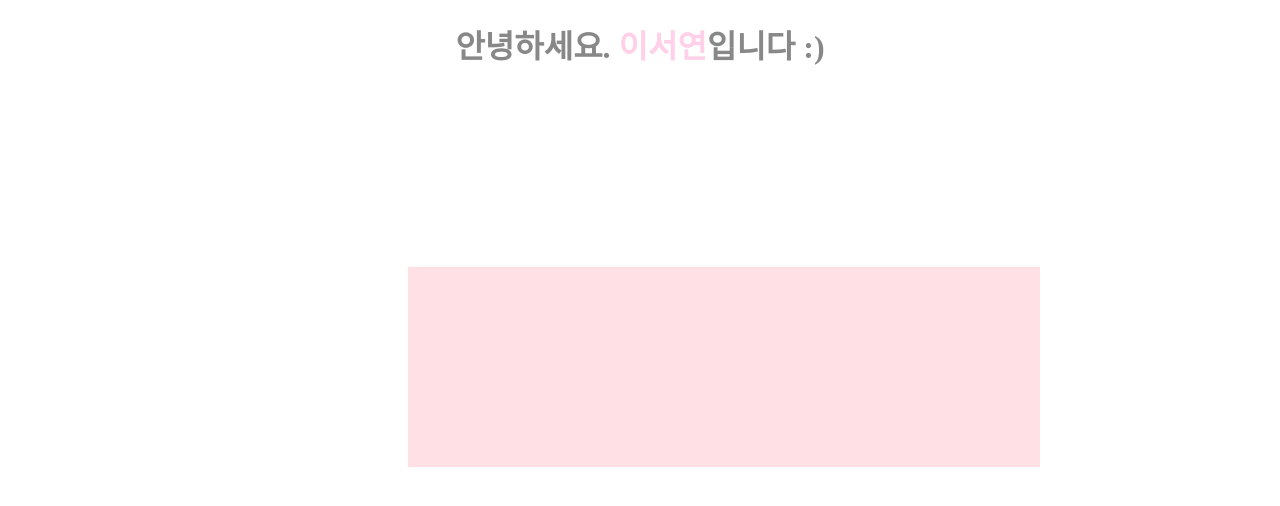
Repository: seoyeon0619/WebProgramming
Page: http://localhost/myhome1/자기소개.jsp
The author's editor kept a copy of each file at every save. The page is drawn from the files as they stood at one save, then again after the next save.
The browser window is 1280 px wide. The pictures show the whole page.
Some web fonts or font styles are not loaded; a fallback is used. The page is served by Tomcat 9.

Above is the page before, as saved 2022-12-29 08:34:44.

### workspace1/myhome1/src/main/webapp/자기소개.jsp
<%@ page language="java" contentType="text/html; charset=UTF-8"
    pageEncoding="UTF-8"%>
<!DOCTYPE html>
<html>
<head>
<meta charset="UTF-8">
<title>Insert title here</title>
<link rel="preconnect" href="https://fonts.googleapis.com"><link rel="preconnect" href="https://fonts.gstatic.com" crossorigin>
<link href="https://fonts.googleapis.com/css2?family=Gaegu:wght@700&family=Rubik+Bubbles&display=swap" rel="stylesheet">
</head>
<body>
<style>
        body, h1, h2, h3, h4, h5, h6, p, span {
          font-family: 'Gaegu', cursive;
          text-align : center;
        }

        body {
        text-align : center;
        }

        div {
        margin-top : 200px;
        margin-left : 400px;
        height: 200px;
  		width: 50%;
  		background-color: #ffe0e5;
        }



</style>

	<h1 style="color: #888888">안녕하세요. <span style="color: rgb(255, 208, 231);">이서연</span>입니다 :) </h1>

<div>

</div>


</body>
</html>

After the next save:
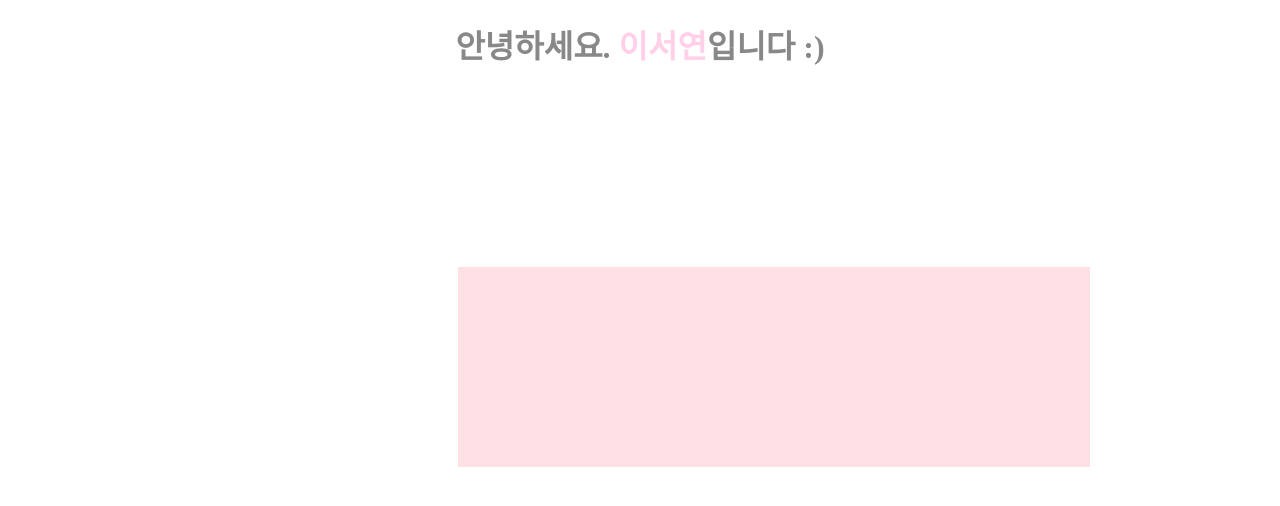
Saved 22 s later.
--- a/workspace1/myhome1/src/main/webapp/자기소개.jsp
+++ b/workspace1/myhome1/src/main/webapp/자기소개.jsp
@@ -21,7 +21,7 @@
 
         div {
         margin-top : 200px;
-        margin-left : 400px;
+        margin-left : 450px;
         height: 200px;
   		width: 50%;
   		background-color: #ffe0e5;
